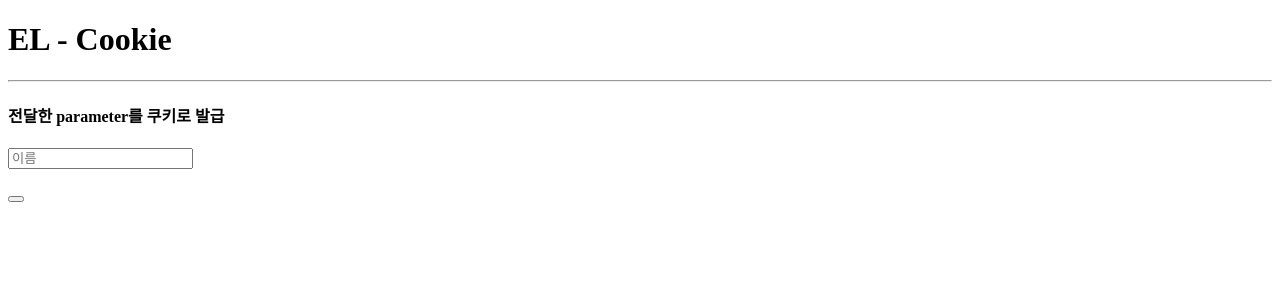
Repository: ChimmyWorld/JSP
Page: http://localhost/Day53/ex04.jsp
An editor plug-in stored every save of this project. The page is shown before and after the next save, followed by the edit.
The browser window is 1280 px wide. The pictures show the whole page.
The page is served by Tomcat 9. Other server files are loaded and not shown.

Above is the page before, as saved 2023-09-22 02:41:46.

### Day53/WebContent/ex04.jsp
<%@ page language="java" contentType="text/html; charset=UTF-8"
    pageEncoding="UTF-8"%>
<!DOCTYPE html>
<html>
<head>
<meta charset="UTF-8">
<title>ex04.jsp</title>
</head>
<body>
	<h1>EL - Cookie</h1>
	<hr>

	<h4>전달한 parameter를 쿠키로 발급</h4>

	<form action="ex04_result.jsp">
		<p><input name="name" placeholder="이름" required></p>

		<button></button>
	</form>
</body>
</html>

After the next save:
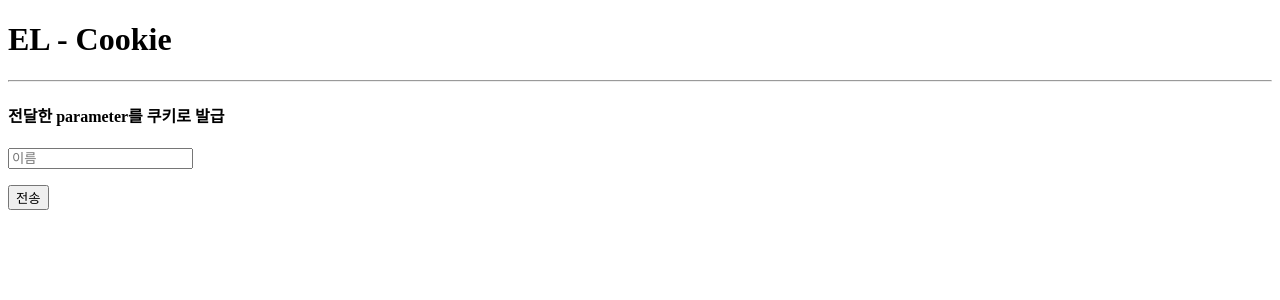
Saved 8 s later.
--- a/Day53/WebContent/ex04.jsp
+++ b/Day53/WebContent/ex04.jsp
@@ -15,7 +15,7 @@
 	<form action="ex04_result.jsp">
 		<p><input name="name" placeholder="이름" required></p>
 
-		<button></button>
+		<button>전송</button>
 	</form>
 </body>
 </html>
